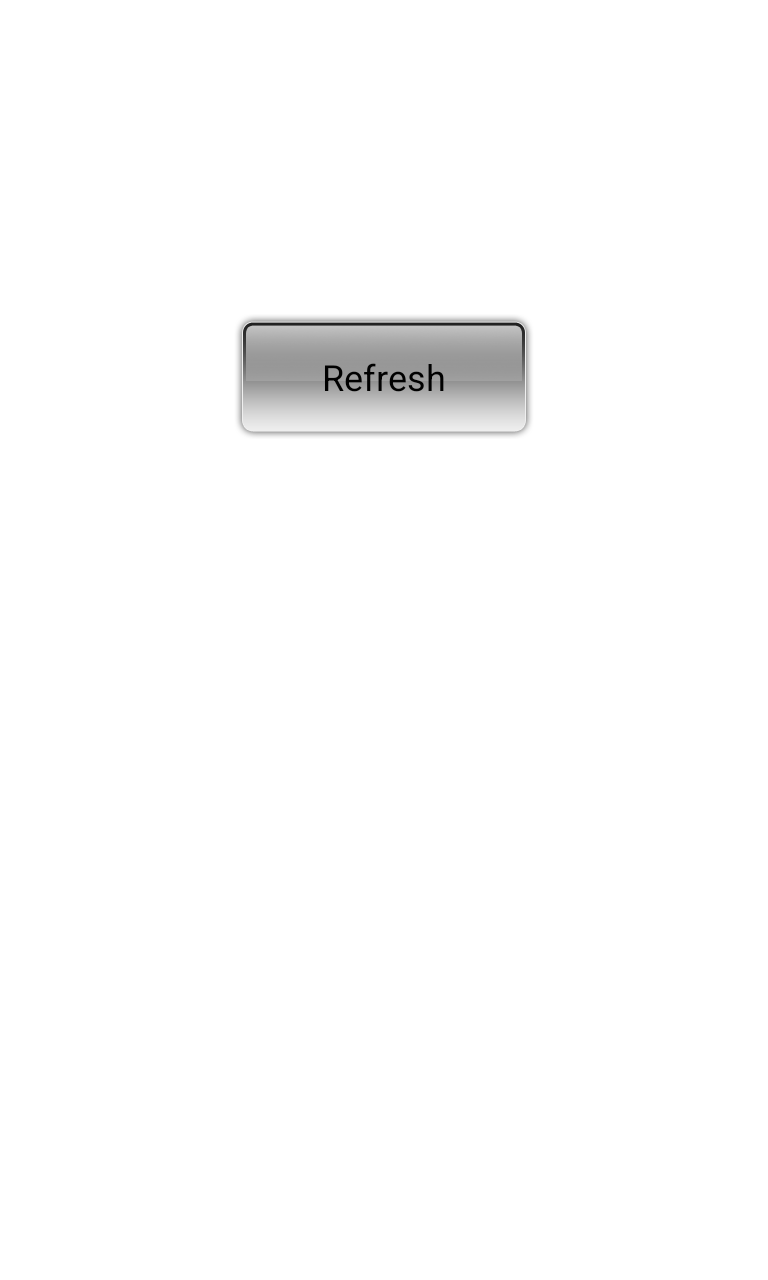
Repository: efreestone/MDF3_Freestone
Layout: ConvertIt/res/layout/activity_main.xml
These files come from the project's save history. The layout is drawn as it stood at one moment and after the next save; the edit follows.
It is drawn on a 768 x 1280 px phone screen (xhdpi) without system bars, with theme AppTheme; the app's code is not run.

Above is the layout before, as saved 2014-07-10 23:45:12.

After the next save:
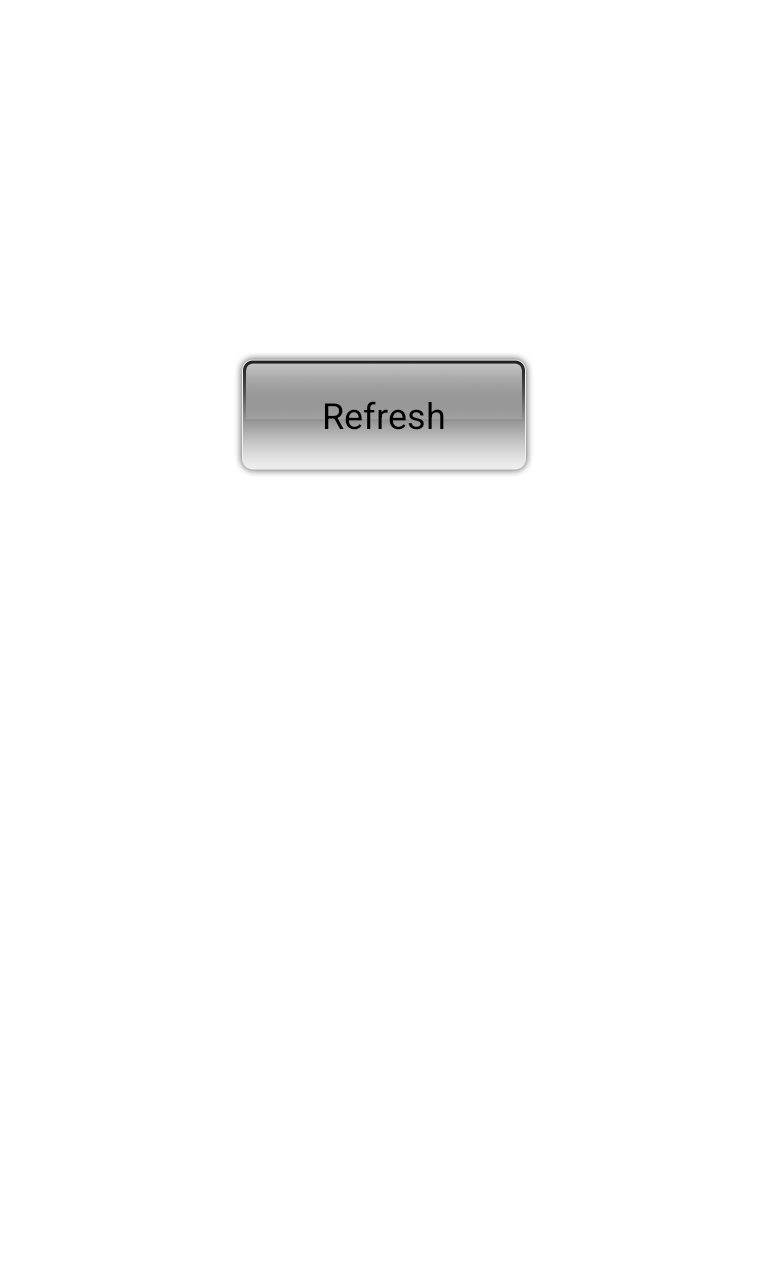
Saved 21 s later.
--- a/ConvertIt/res/layout/activity_main.xml
+++ b/ConvertIt/res/layout/activity_main.xml
@@ -54,6 +54,12 @@
         android:layout_height="wrap_content"
         android:gravity="center" />
 
+    <TextView
+        android:id="@+id/myrTV"
+        android:layout_width="match_parent"
+        android:layout_height="wrap_content"
+        android:gravity="center" />
+
     <Button
         android:id="@+id/refreshButton"
         android:layout_width="wrap_content"
